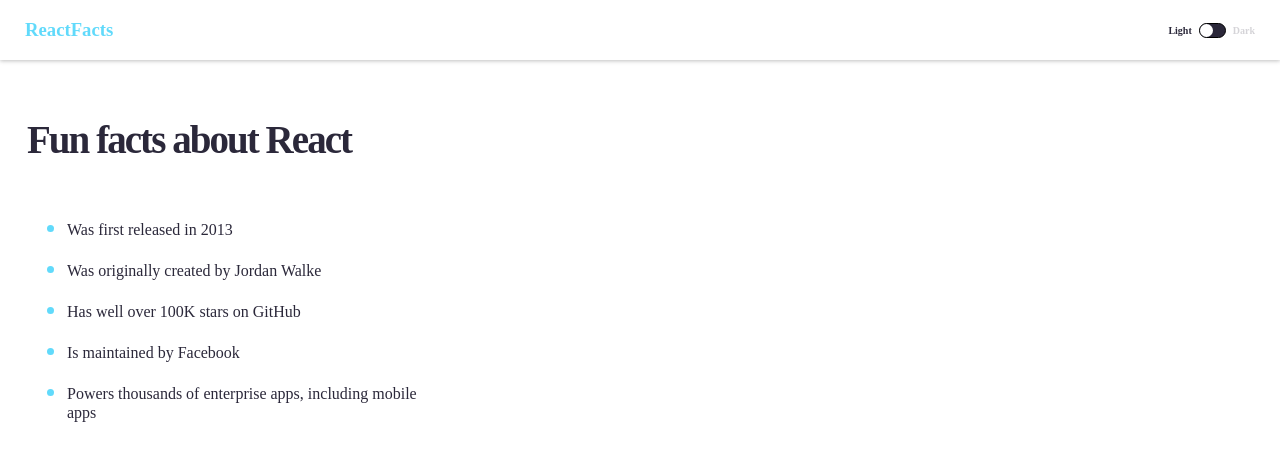
Repository: BuduCE/react_facts
Page: /
The author's editor kept a copy of each file at every save. The page is drawn from the files as they stood at one save, then again after the next save.
The browser window is 1280 px wide. The pictures show the whole page.
The project was rebuilt for these pictures with package versions that can differ from the ones it lists, and the page was loaded fresh each time. Also part of the build but not shown: src/App.css.

Above is the page before, as saved 2022-10-06 23:09:32.

After the next save:
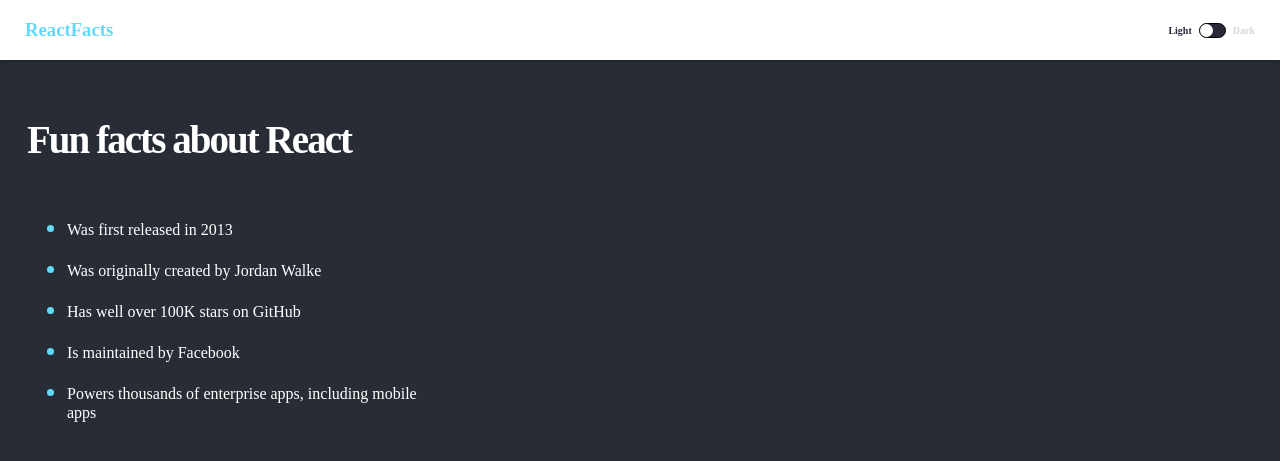
Saved 19 s later.
--- a/src/App.js
+++ b/src/App.js
@@ -9,7 +9,7 @@
   return (
     <div className="container">
       <Navbar/>
-      <Main />
+      <Main darkMode/>
     </div>
   );
 }
